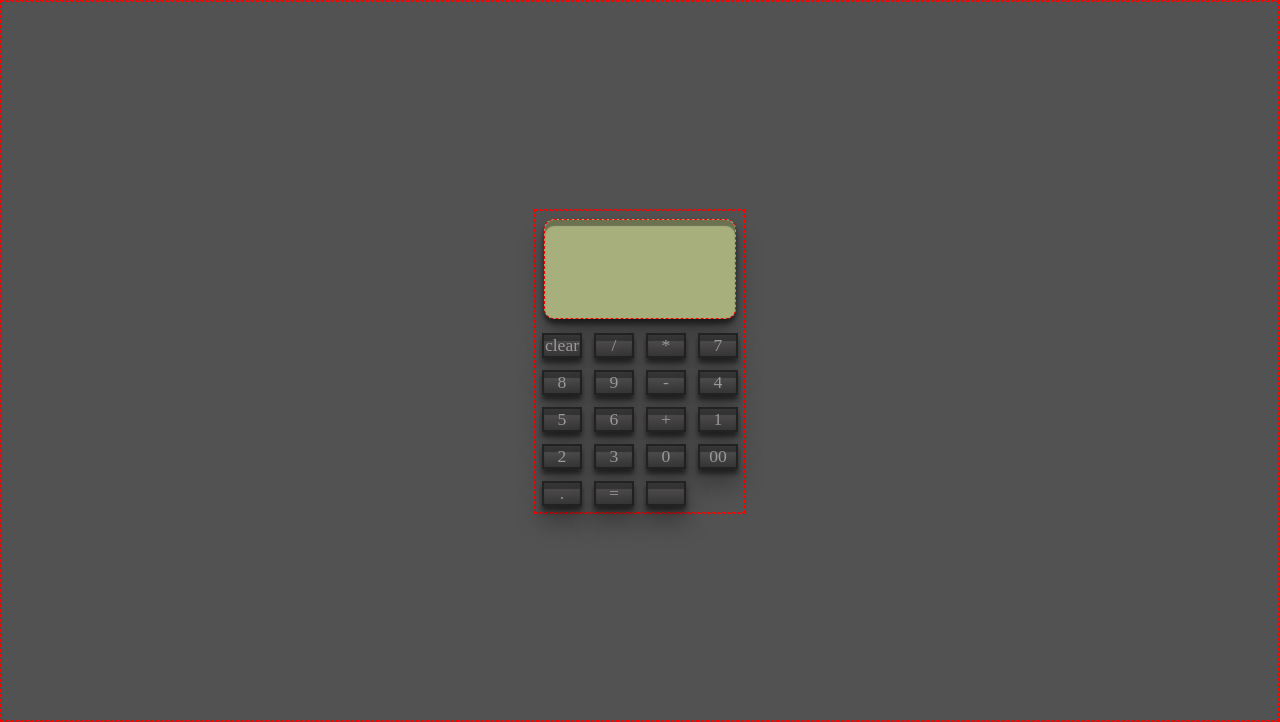
Repository: JunaidAnsari202/calculator
Page: index.html
An editor plug-in stored every save of this project. The page is shown before and after a run of saves, followed by the edit.
The browser window is 1280 px wide. The pictures show the whole page.

Above is the page before, as saved 2023-10-28 00:12:16.

### index.html
<!DOCTYPE html>
<html lang="en">
<head>
    <meta charset="UTF-8">
    <meta name="viewport" content="width=device-width, initial-scale=1.0">
    <title>Document</title>
    <link rel="stylesheet" href="style.css">
</head>
<body>

    <div class="caculator">
        <div class="button">
            <h2 id="value"></h2>
            <span id="clear">clear</span>
            <span>/</span>
            <span>*</span>
            <span>7</span>
            <span>8</span>
            <span>9</span>
            <span>-</span>
            <span>4</span>
            <span>5</span>
            <span>6</span>
            <span id="plus">+</span>
            <span>1</span>
            <span>2</span>
            <span>3</span>
            <span>0</span>
            <span>00</span>
            <span>.</span>
            <span id="equal">=</span>
            <span></span>
        </div>
    </div>
    <script src="script.js"></script>
</body>
</html>

### style.css
*{
    padding: 0;
    margin: 0;
    box-sizing: border-box;
    border: 1px red dashed;
}

body{
    display: flex;
    justify-content: center;
    align-items: center;
    height: 100vh;
    background-color: rgb(82, 82, 82);
}
.calculator{
    position: relative;
    width: 300px;
}

.button{
    position: relative;
    display: grid;
}

#value{
    position: relative;
    margin: 8px;
    grid-column: span 4;
    height: 100px;
    line-height: 100px;
    padding: 0 20px ;
    border-radius: 10px;
    background-color: #a7af7c;
    text-align: right;
    font-size: 1.5 rem;
    color: #3a3c2e;
    overflow: hidden;
    box-shadow: inset 0 6px 1px 0 rgba(0,0,0,0.35),
    0 5px 5px rgba(0,0,0,0.5),0 15px 25px rgba(0,0,0,0.35);
    width: calc(100% - 16px);
}


span{
    position: relative;
    pad: 10px;
    margin: 6px;
    min-width: 40px;
    font-size: 1.1rem;
    display: flex;
    justify-content: center;
    align-items: center;
    color: #999;
    border: 2px solid #222;
    background: linear-gradient(#555353,#363535);
    box-shadow: inset 0 6px 1px 0 rgba(0,0,0,0.35),
    0 5px 5px rgba(0,0,0,0.5),0 15px 25px rgba(0,0,0,0.35);
    user-select: none;
    cursor: pointer;
}

span::before{
    content: "";
    position: absolute;
    border-top: 2px solid #ccc;
    filter: blur(2px);
}

### script.js
let buttons=document.querySelector(".button");
let btn=document.querySelectorAll("span");
let value=document.getElementById("value");

for(let i =0;i<btn.length;i++){
    btn[i].addEventListener("click",function(){
        if(this.innerHTML == "="){
            value.innerHTML = eval(value.innerHTML);

        }
        else{
            if(this.innerHTML== "clear"){
                value.innerHTML = " ";
            }else{
                value.innerHTML += this.innerHTML;
            }
        }
    })
}

After the next 2 saves:
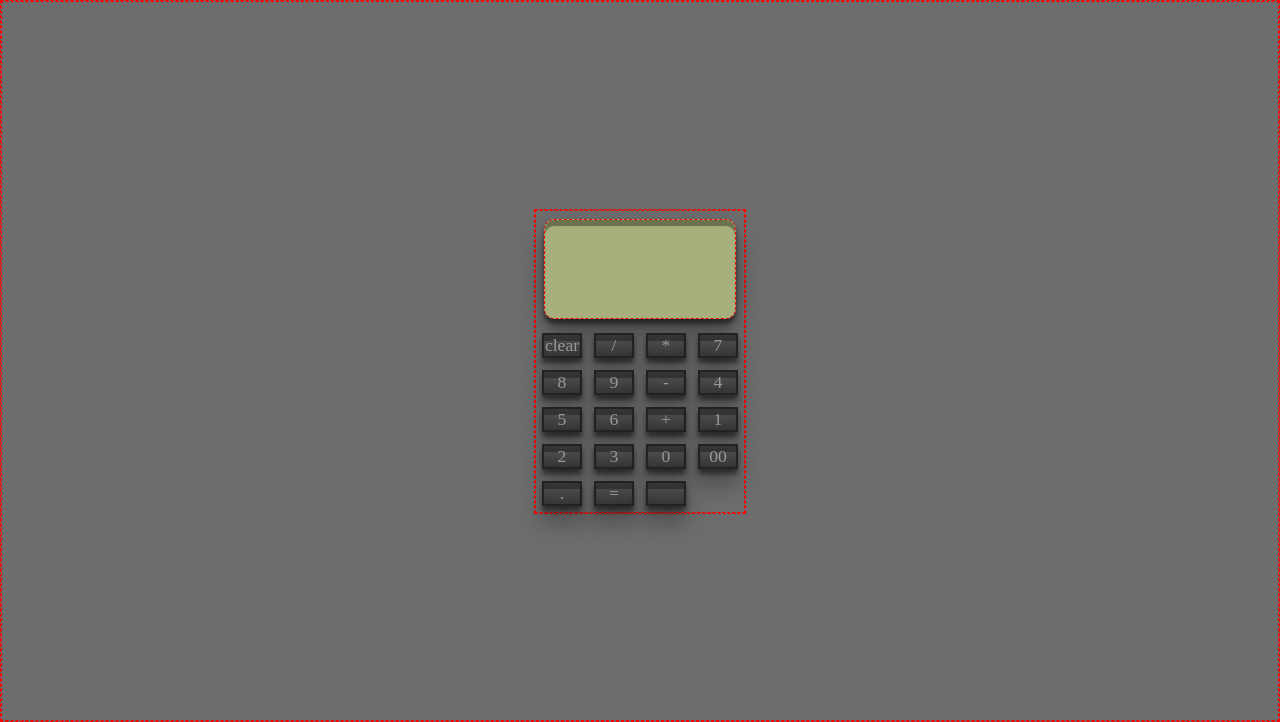
The 2 saves are shown as one change because they came seconds apart.
The last was saved 6 s later.
--- a/style.css
+++ b/style.css
@@ -10,7 +10,7 @@ body{
     justify-content: center;
     align-items: center;
     height: 100vh;
-    background-color: rgb(82, 82, 82);
+    background-color: rgb(109, 109, 109);
 }
 .calculator{
     position: relative;
